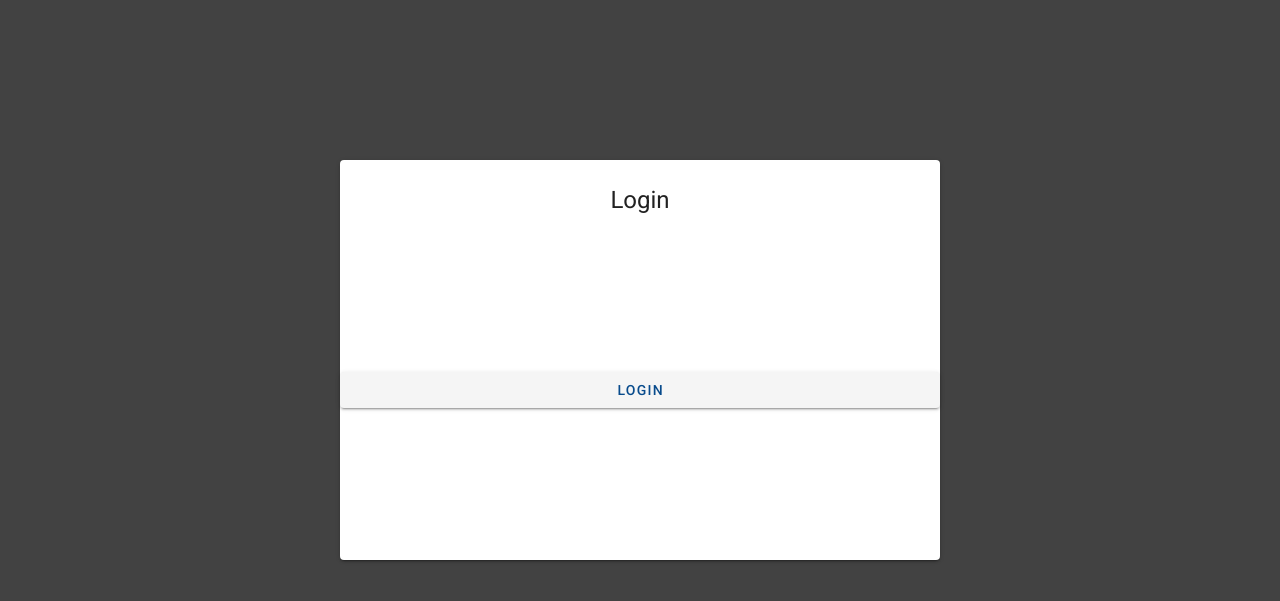
Repository: Grace229/Login
Page: /
The author's editor kept a copy of each file at every save. The page is drawn from the files as they stood at one save, then again after the next save.
The browser window is 1280 px wide. The pictures show the whole page.
The project was rebuilt for these pictures with package versions that can differ from the ones it lists, and the page was loaded fresh each time. Also part of the build but not shown: vue.config.js. Imported but missing from the stored project, and not drawn on this page: src/views/About.vue.

Above is the page before, as saved 2021-02-15 16:46:30.

After the next save:
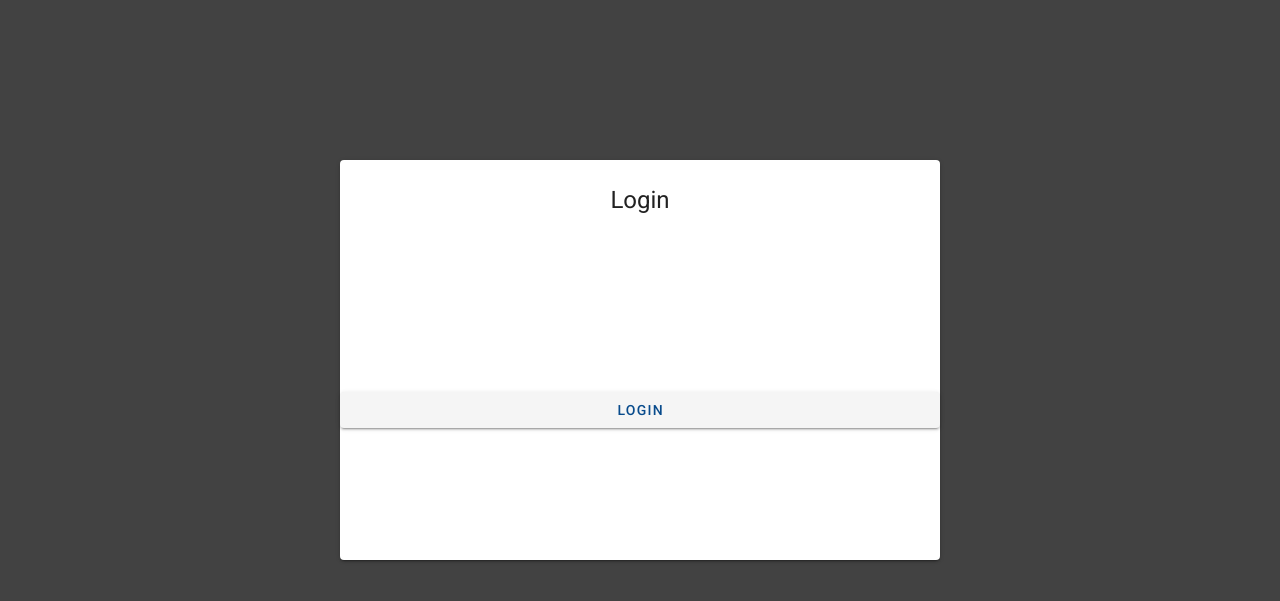
Saved 28 s later.
--- a/src/views/Home.vue
+++ b/src/views/Home.vue
@@ -10,7 +10,7 @@
             Login
           </div>
         </header>
-        <div class="max-width: 400px mx-auto">
+        <div class="pt-5 mx-auto">
           <form v-on:submit.prevent="login()">
             <div>
               <v-text-field
